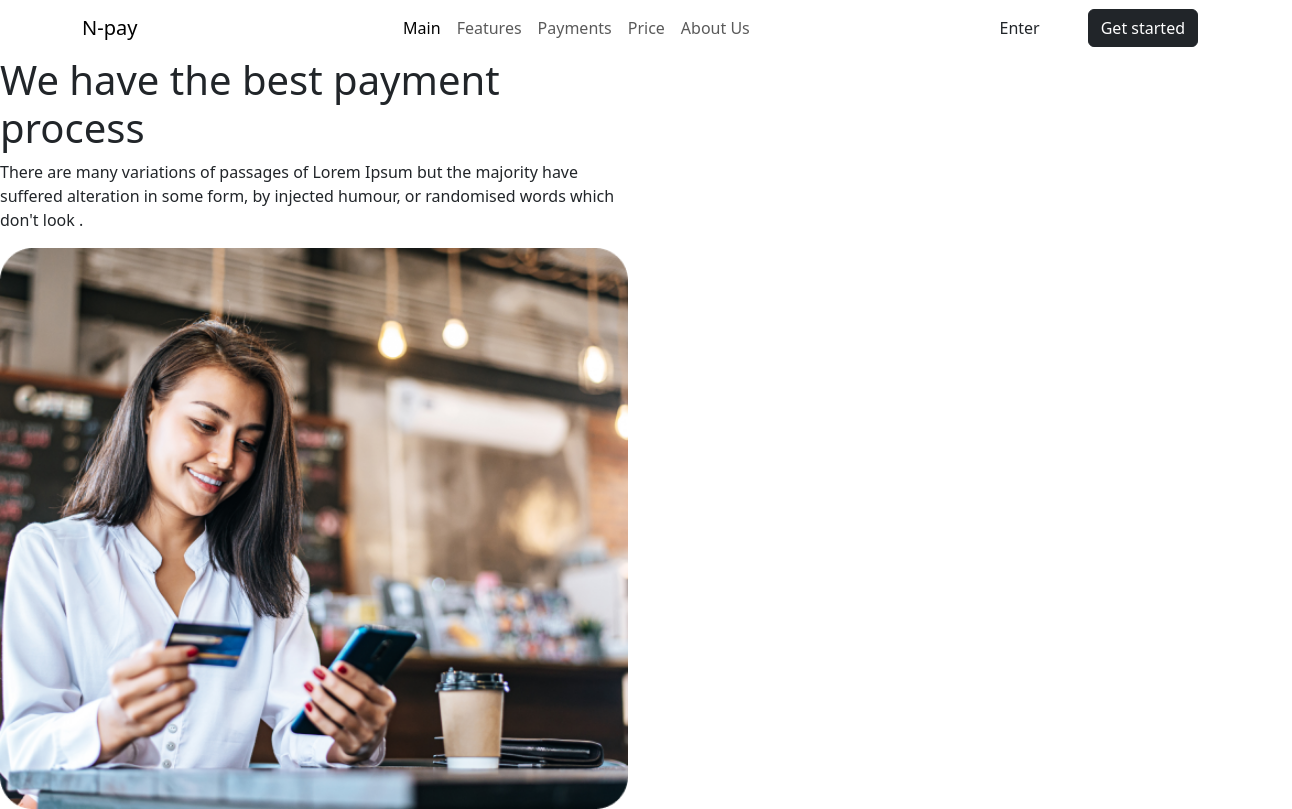
Repository: Senianga/N-pay
Page: index.html
An editor plug-in stored every save of this project. The page is shown before and after the next save, followed by the edit.
The browser window is 1280 px wide. The page is 1292 px wide, so the pictures cover 1292 px, including what lies to the right of the window. The pictures show the whole page.
The style sheet was rebuilt from its Sass, Less or Tailwind sources for each picture, by a compiler version that may differ from the author's.

Above is the page before, as saved 2023-05-01 14:48:42.

After the next save:
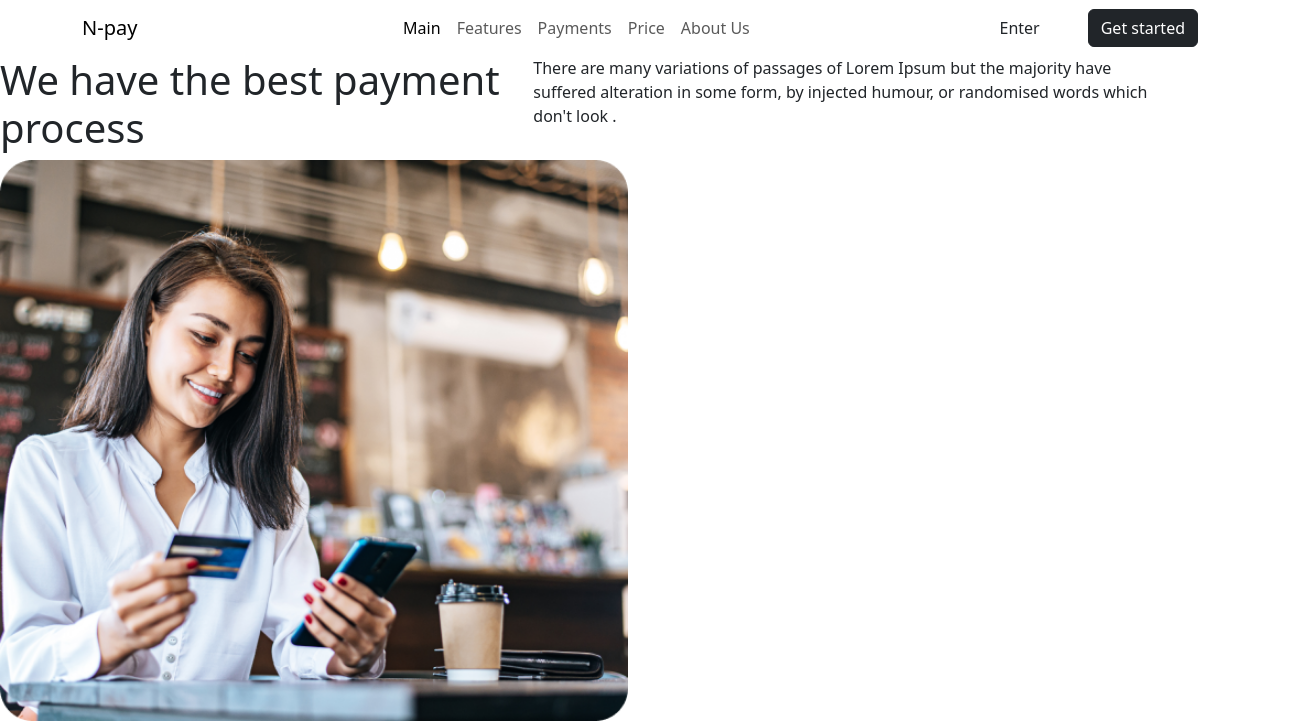
Saved 4 s later.
--- a/index.html
+++ b/index.html
@@ -47,7 +47,7 @@
     <main>
         <container-main class="bg-body-tertiary">
             <div class="row">
-                <div class="col-mg-6 col-sm-12 d-">
+                <div class="col-mg-6 col-sm-12 d-flex ">
                     <h1 class="col-5">
                         We have the best
                         payment process

After the 2 saves that followed:
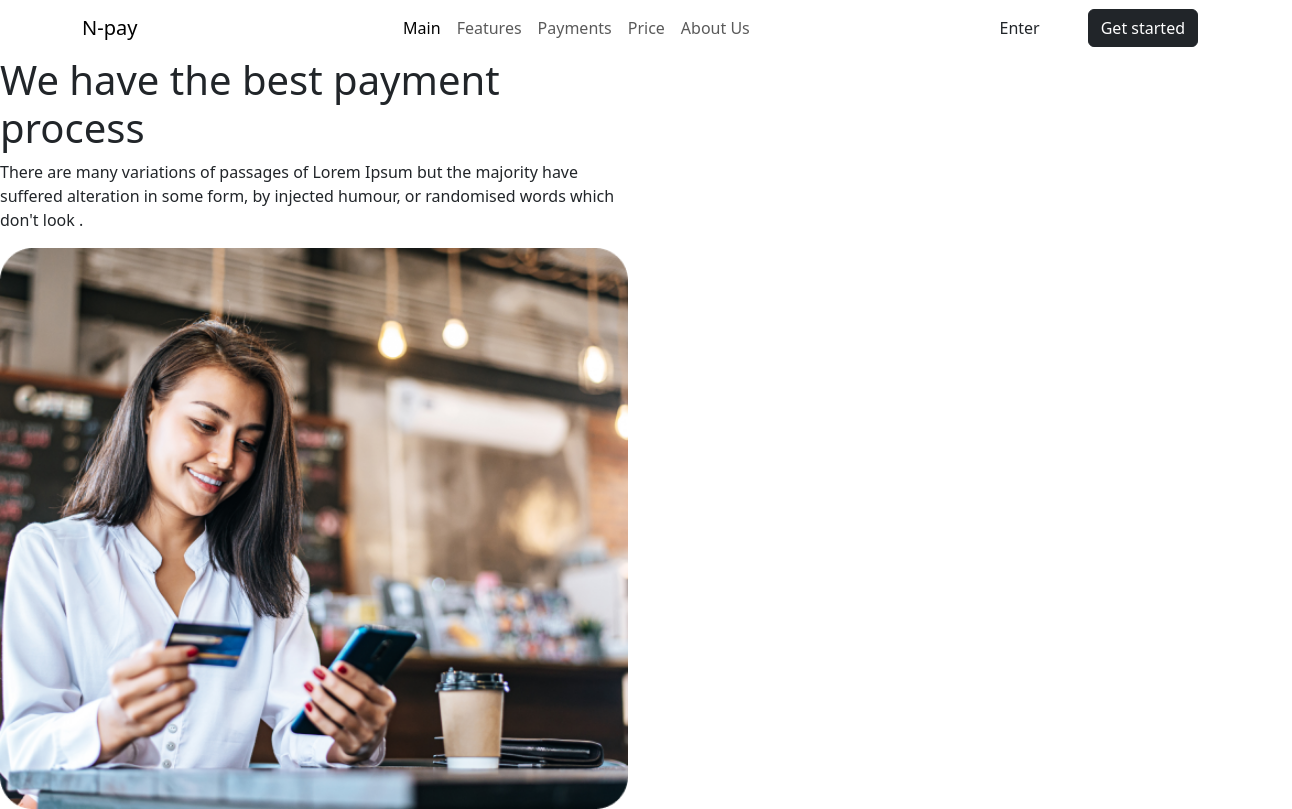
The 2 saves are shown as one change because they came seconds apart.
The last was saved 8 s later.
--- a/index.html
+++ b/index.html
@@ -47,7 +47,7 @@
     <main>
         <container-main class="bg-body-tertiary">
             <div class="row">
-                <div class="col-mg-6 col-sm-12 d-flex ">
+                <div class="col-mg-6 col-sm-12">
                     <h1 class="col-5">
                         We have the best
                         payment process
